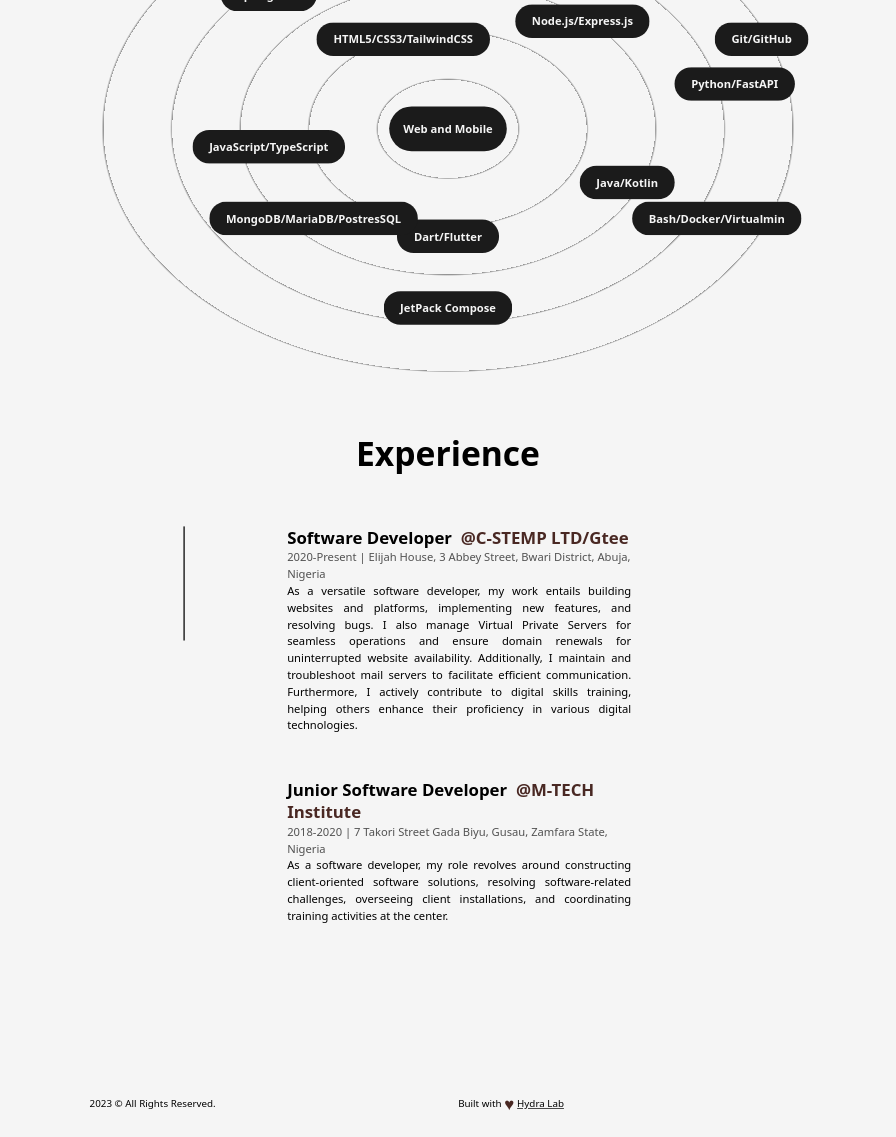
Repository: marcusdashe/situs
Page: /about
An editor plug-in stored every save of this project. The page is shown before and after the next save, followed by the edit.
The browser window is 1280 px wide. The pictures show the part of the page from y = 1130 to 3050 px (the page is 2754 px tall before and 3050 px after), at 70% of full size.
The project was rebuilt for these pictures with package versions that can differ from the ones it lists, and the page was loaded fresh each time. The framework's server and built-in components were replaced by stand-ins that run in the browser.

Above is the page before, as saved 2023-07-23 14:18:23.

### src/pages/_app.js
import Footer from "@/components/Footer";
import Navbar from "@/components/Navbar";
import "@/styles/globals.css";
import Head from "next/head";
// import { IBM_Plex_Sans } from "next/font/google";

// const ibm = IBM_Plex_Sans({
//   subsets: ["latin"],
//   variable: "--font-mont",
// });

export default function App({ Component, pageProps }) {
  return (
    <>
      <Head>
        <meta name="viewport" content="width=device-width, initial-scale=1" />
        <link rel="icon" href="/favicon.ico" />
      </Head>
      <main className={`  bg-light w-full min-h-screen`}>
        <Navbar />
        <Component {...pageProps} />
        <Footer />
      </main>
    </>
  );
}

### src/components/Footer.jsx
import React from "react";
import Layout from "./Layout";
import Link from "next/link";

const Footer = () => {
  return (
    <footer className="w-full border-t-1 border-solid border-primaryDark font-medium text-sm ">
      <Layout className="py-8 flex items-center justify-between">
        <span>{new Date().getFullYear()} &copy; All Rights Reserved.</span>
        <div className="flex items-center">
          Built with{" "}
          <span className="text-primaryDark text-2xl px-1">&hearts;</span>
          <Link href="/" className="underline underline-offset-2">
            Hydra Lab
          </Link>
        </div>
        <Link href="/"></Link>
      </Layout>
    </footer>
  );
};

export default Footer;

### src/components/Navbar.jsx
import React from "react";
import { useRouter } from "next/router";
import Link from "next/link";
import Logo from "./Logo";
import { TwitterIcon, GithubIcon, LinkedInIcon } from "./Icons";
import { motion } from "framer-motion";

const CustomLink = ({ href, title, className = "" }) => {
  const router = useRouter();

  return (
    <Link href={href} className={`${className} relative group`}>
      {title}
      <span
        className={`h-[1px] inline-block bg-dark absolute left-0 -bottom-0.5 group-hover:w-full transition-[width] ease duration-300 ${
          router.asPath === href ? "w-full" : "w-0"
        }`}
      >
        &nbsp;
      </span>
    </Link>
  );
};

const Navbar = () => {
  return (
    <header
      className="w-full px-32 py-8 font-medium
            flex items-center justify-between sticky top-0 z-10 bg-white"
    >
      <nav>
        <CustomLink href="/" title="Home" className="mr-4" />
        <CustomLink href="/about" title="About" className="mx-4" />
        <CustomLink href="/projects" title="Projects" className="mx-4" />
        {/* <CustomLink href="/articles" title="Articles" className="ml-4" /> */}
      </nav>

      <nav className="flex items-center justify-center flex-wrap">
        <motion.a
          href="https://www.twitter.com/marcusdashe"
          target={"_blank"}
          whileHover={{
            y: -2,
          }}
          whileTap={{ scale: 0.9 }}
          className="w-6 mx-3"
        >
          <TwitterIcon className="" />
        </motion.a>
        <motion.a
          href="https://www.linkedin.com/in/marcus-dashe-15a088202"
          target={"_blank"}
          whileHover={{
            y: -2,
          }}
          whileTap={{ scale: 0.9 }}
          className="w-6 mx-3"
        >
          <LinkedInIcon />
        </motion.a>
        <motion.a
          href="https://www.github.com/marcusdashe"
          target={"_blank"}
          whileHover={{
            y: -2,
          }}
          whileTap={{ scale: 0.9 }}
          className="w-6 ml-3"
        >
          <GithubIcon />
        </motion.a>
      </nav>
      <div className="absolute left-[50%] top-2 translate-x-[-50]">
        <Logo />
      </div>
    </header>
  );
};

export default Navbar;

### src/styles/globals.css
@import url("https://fonts.googleapis.com/css2?family=IBM+Plex+Sans:ital,wght@0,100;0,200;0,300;1,100;1,200&family=Inter:wght@300;400;500;600;700;800;900&display=swap");

@tailwind base;
@tailwind components;
@tailwind utilities;

### src/components/AnimatedText.jsx
import React from "react";
import { motion } from "framer-motion";

const quote = {
  initial: {
    opacity: 1,
  },
  animate: {
    opacity: 1,
    transition: {
      delay: 0.5,
      staggerChildren: 0.08,
    },
  },
};

const singleWord = {
  initial: {
    opacity: 0,
    y: 50,
  },
  animate: {
    opacity: 1,
    y: 0,
    transition: {
      duration: 1,
    },
  },
};

const AnimatedText = ({ text, className = "" }) => {
  return (
    <div className="w-full mx-auto py-2 flex items-center justify-center text-center overflow-hidden ">
      <motion.h1
        className={`inline-block w-full text-dark font-bold capitalize text-4xl ${className}`}
        variants={quote}
        initial="initial"
        animate="animate"
      >
        {text.split(" ").map((word, index) => (
          <motion.span
            key={index}
            className="inline-block"
            variants={singleWord}
          >
            {word}&nbsp;
          </motion.span>
        ))}
      </motion.h1>
    </div>
  );
};

export default AnimatedText;

### src/components/Layout.jsx
import React from "react";

const Layout = ({ children, className = "" }) => {
  return (
    <div className={`${className} w-full inline-block z-0 bg-light p-32`}>
      {children}
    </div>
  );
};

export default Layout;

### src/components/Skills.jsx
import React from "react";
import { motion } from "framer-motion";

const Skill = ({ name, x, y }) => {
  return (
    <motion.div
      className="flex items-center justify-center rounded-full font-semibold bg-dark text-light  py-3 px-6 shadow-dark cursor-pointer absolute"
      whileHover={{ scale: 1.05 }}
      initial={{ x: 0, y: 0 }}
      whileInView={{ x: x, y: y }}
      transition={{ duration: 1.5 }}
      viewport={{ once: true }}
    >
      {name}
    </motion.div>
  );
};

const Skills = () => {
  return (
    <>
      <h2 className="font-bold text-5xl mt-[70px] w-full text-center">
        Skills
      </h2>
      <div className="w-full h-screen relative flex items-center justify-center rounded-full bg-circularLight">
        <motion.div
          className="flex items-center justify-center rounded-full font-semibold bg-dark text-light  p-5 shadow-dark cursor-pointer"
          whileHover={{ scale: 1.05 }}
        >
          Web and Mobile
        </motion.div>

        <Skill name="HTML5/CSS3/TailwindCSS" x="-5vw" y="-10vw" />
        <Skill name="JavaScript/TypeScript" x="-20vw" y="2vw" />
        <Skill name="Java/Kotlin" x="20vw" y="6vw" />
        <Skill name="Dart/Flutter" x="0vw" y="12vw" />
        <Skill name="SpringBoot" x="-20vw" y="-15vw" />
        <Skill name="Node.js/Express.js" x="15vw" y="-12vw" />
        <Skill name="React.js/Next.js/Vue.js" x="-5vw" y="-20vw" />
        <Skill name="Python/FastAPI" x="32vw" y="-5vw" />
        <Skill name="JetPack Compose" x="0vw" y="20vw" />
        <Skill name="MongoDB/MariaDB/PostresSQL" x="-15vw" y="10vw" />
        <Skill name="Git/GitHub" x="35vw" y="-10vw" />
        <Skill name="Bash/Docker/Virtualmin" x="30vw" y="10vw" />
      </div>
    </>
  );
};

export default Skills;

### src/components/Experience.jsx
import React, { useRef } from "react";
import { motion, useScroll } from "framer-motion";

const Details = ({ position, company, companyLink, time, address, work }) => {
  return (
    <li className="my-8 first:mt-0 last:mb-0 w-[60%] mx-auto flex flex-col  items-center justify-between">
      <div>
        <h3 className="capitalize font-bold text-2xl">
          {position}&nbsp;{" "}
          <a
            href={companyLink}
            target="_blank"
            className="text-primaryDark capitalize"
          >
            @{company}
          </a>
        </h3>
        <span className="capitalize font-medium text-dark/75">
          {time} | {address}
        </span>
        <p className="font-medium w-full text-justify">{work}</p>
      </div>
    </li>
  );
};

const Experience = () => {
  const ref = useRef(null);
  const { scrollYProgress } = useScroll({
    target: ref,
    offset: ["start end", "center start"],
  });

  return (
    <div className="my-20">
      <h2 className="font-bold text-5xl mb-20 w-full text-center">
        {" "}
        Experience
      </h2>
      <div ref={ref} className="w-[80%] mx-auto relative">
        <motion.div
          style={{ scaleY: scrollYProgress }}
          className="absolute left-8 top-0 w-[2px] h-full bg-dark origin-top"
        />
        <ul className="w-full flex flex-col items-start justify-between ml-4">
          <Details
            position="Software Developer"
            companyLink="https://www.cstemp.org"
            company="C-STEMP LTD/Gtee"
            time="2020-Present"
            address="Elijah House, 3 Abbey Street, Bwari District, Abuja, Nigeria"
            work="As a versatile software developer, my work entails building websites and platforms, implementing new features, and resolving bugs. I also manage Virtual Private Servers for seamless operations and ensure domain renewals for uninterrupted website availability. Additionally, I maintain and troubleshoot mail servers to facilitate efficient communication.
                            Furthermore, I actively contribute to digital skills training, helping others enhance their proficiency in various digital technologies."
          />

          <Details
            position="Junior Software Developer"
            companyLink="#"
            company="M-TECH Institute"
            time="2018-2020"
            address="7 Takori Street Gada Biyu, Gusau, Zamfara State, Nigeria"
            work="As a software developer, my role revolves around constructing client-oriented software solutions,
                        resolving software-related challenges, overseeing client installations, and coordinating training activities at the center."
          />
        </ul>
      </div>
    </div>
  );
};

export default Experience;

### src/components/Logo.jsx
"use client";

import React from "react";
import Link from "next/link";
import { motion } from "framer-motion";

const MotionLink = motion(Link);

const Logo = () => {
  return (
    <div className="flex items-center justify-center mt-2">
      <MotionLink
        href="/"
        className="w-16 h-16 bg-primaryDark text-light flex items-center
        justify-center rounded-full text-2xl  hover
      "
        whileHover={{
          scale: 1.5,
          backgroundColor: [
            "#121212",
            "rgba(131,58,180,1)",
            "rgba(253,29,29,1)",
            "rgba(252,176,69,1)",
            "rgba(131,58,180,1)",
            "#121212",
          ],
          transition: {
            duration: 1,
            repeat: Infinity,
          },
        }}
      >
        MD
      </MotionLink>
    </div>
  );
};

export default Logo;

Loaded but not shown: src/pages/about.js (122 lines, source omitted); tailwind.config.js (34 lines, source omitted); src/components/Icons.jsx (474 lines, source omitted)

After the next save:
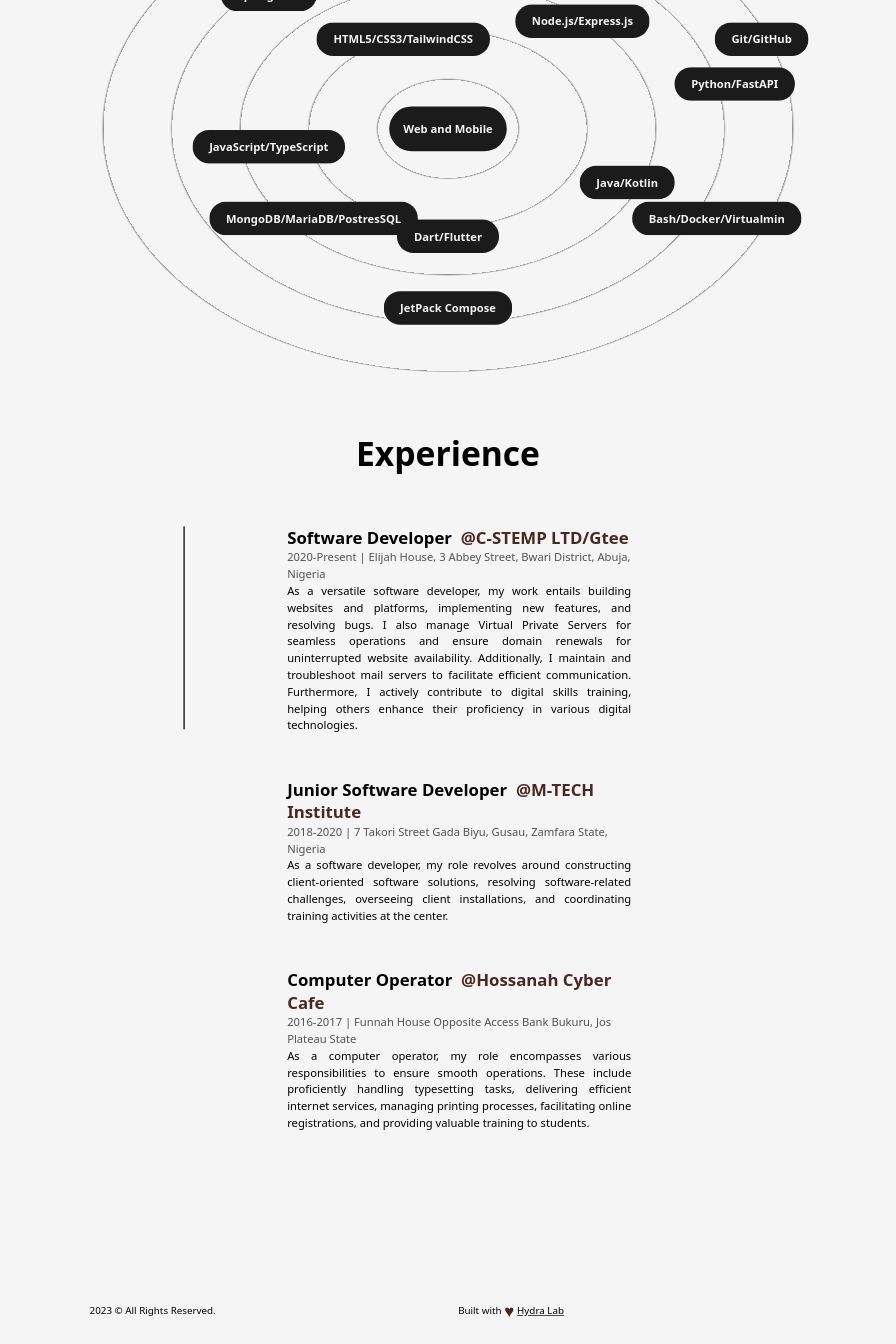
Saved 5 min 11 s later.
--- a/src/components/Experience.jsx
+++ b/src/components/Experience.jsx
@@ -62,6 +62,16 @@ const Experience = () => {
             work="As a software developer, my role revolves around constructing client-oriented software solutions,
                         resolving software-related challenges, overseeing client installations, and coordinating training activities at the center."
           />
+
+          <Details
+            position="Computer Operator"
+            companyLink="#"
+            company="Hossanah Cyber Cafe"
+            time="2016-2017"
+            address="Funnah House Opposite Access Bank Bukuru, Jos Plateau State"
+            work="As a computer operator, my role encompasses various responsibilities to ensure smooth operations. These include proficiently handling typesetting tasks, delivering efficient internet services,
+                        managing printing processes, facilitating online registrations, and providing valuable training to students."
+          />
         </ul>
       </div>
     </div>
